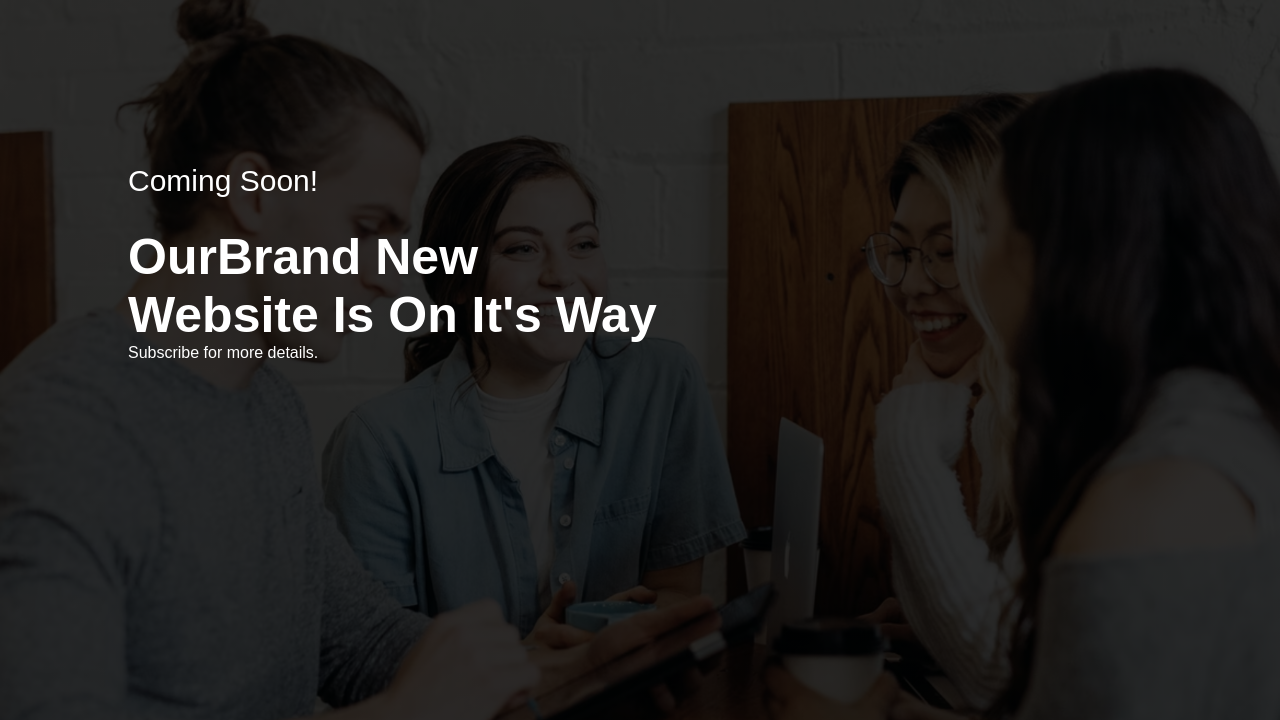
Repository: AbdullahOwais-Dev/Email-Subscription
Page: index.html
An editor plug-in stored every save of this project. The page is shown before and after a run of saves, followed by the edit.
The browser window is 1280 px wide. The pictures show the whole page.

Above is the page before, as saved 2025-02-07 23:36:22.

After the next 2 saves:
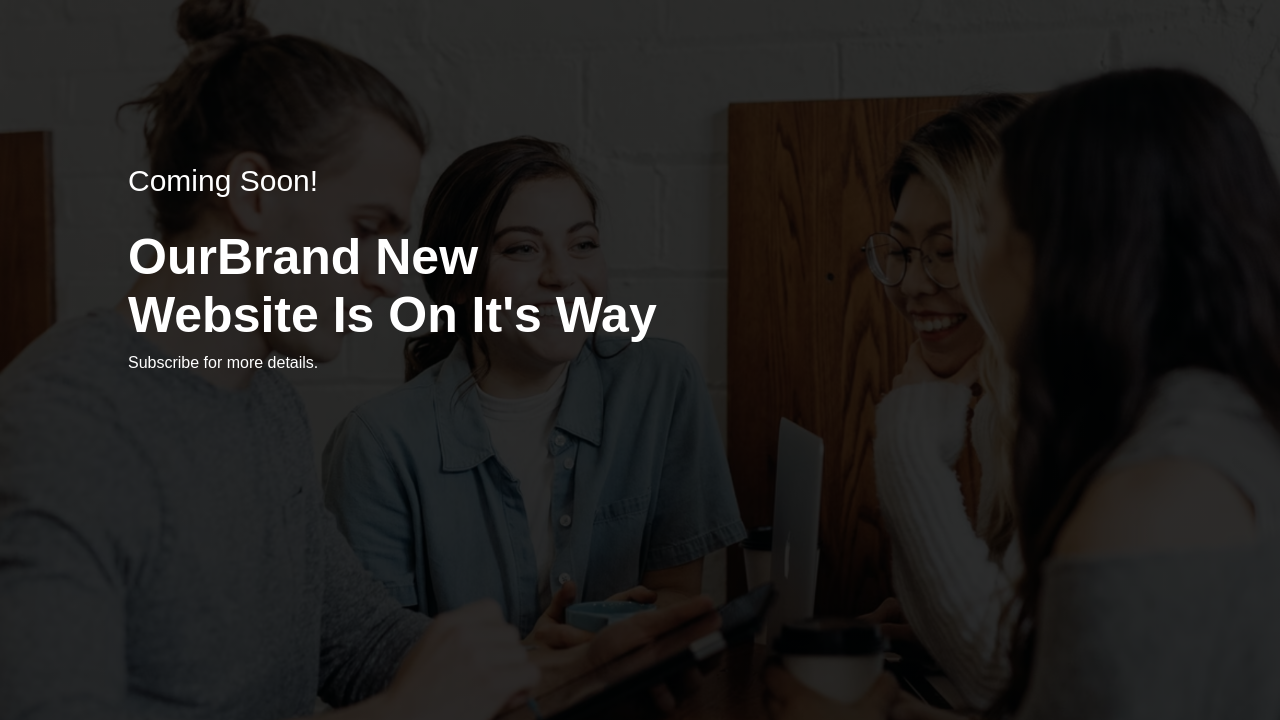
The 2 saves are shown as one change because they came seconds apart.
The last was saved 7 s later.
--- a/style.css
+++ b/style.css
@@ -23,5 +23,5 @@
     font-size: 50px;
 }
 .hero p{
-    m
+    margin: 10px 0 50px;
 }
